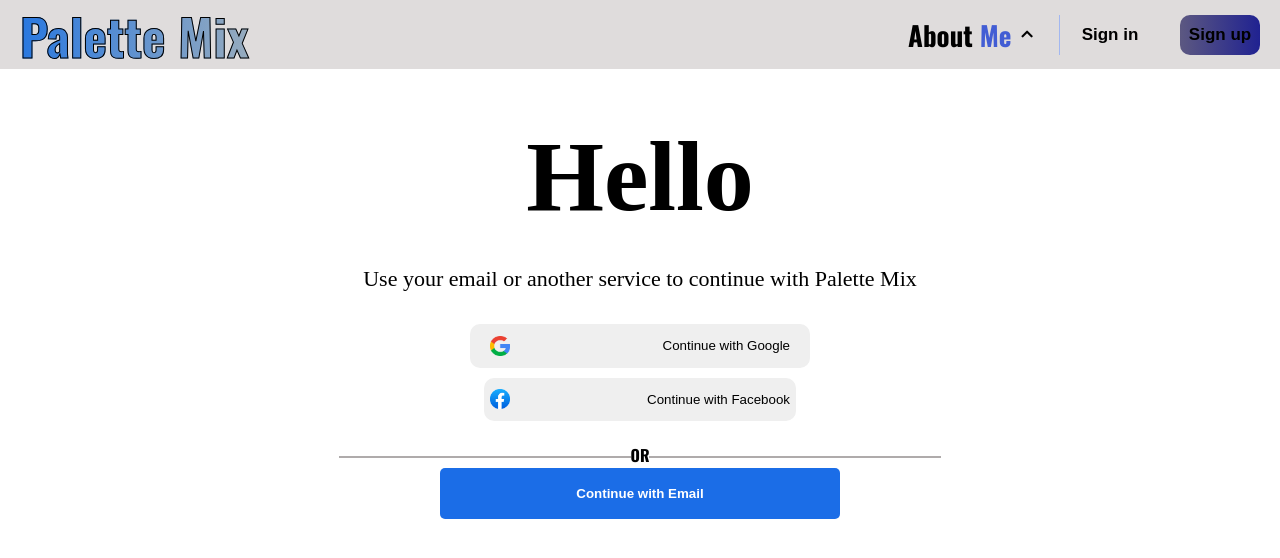
Repository: dmpelaez/Login-Signup-form
Page: Color/colorHeader.html
These files come from the project's save history. The page is drawn as it stood at one moment and after the next save; the edit follows.
The browser window is 1280 px wide. The pictures show the window.
A layer covers the whole window, so only the first screen is drawn. Some web libraries are served in a nearby version.

Above is the page before, as saved 2025-12-13 07:52:49.

After the next save:
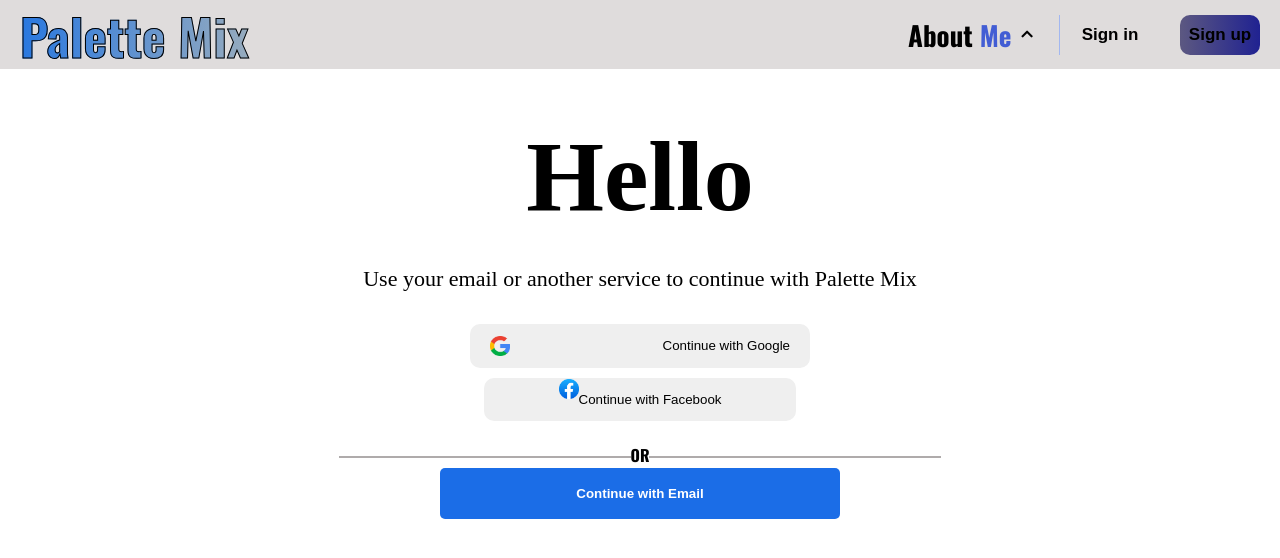
Saved 19 s later.
--- a/Color/colorMain.css
+++ b/Color/colorMain.css
@@ -764,7 +764,7 @@ justify-content: space-between;
 }
 .fbImage {
   width: 20px;
-   margin-right: auto;
+   align-self: flex-start;
 }
 .googleImage {
   width: 20px;
